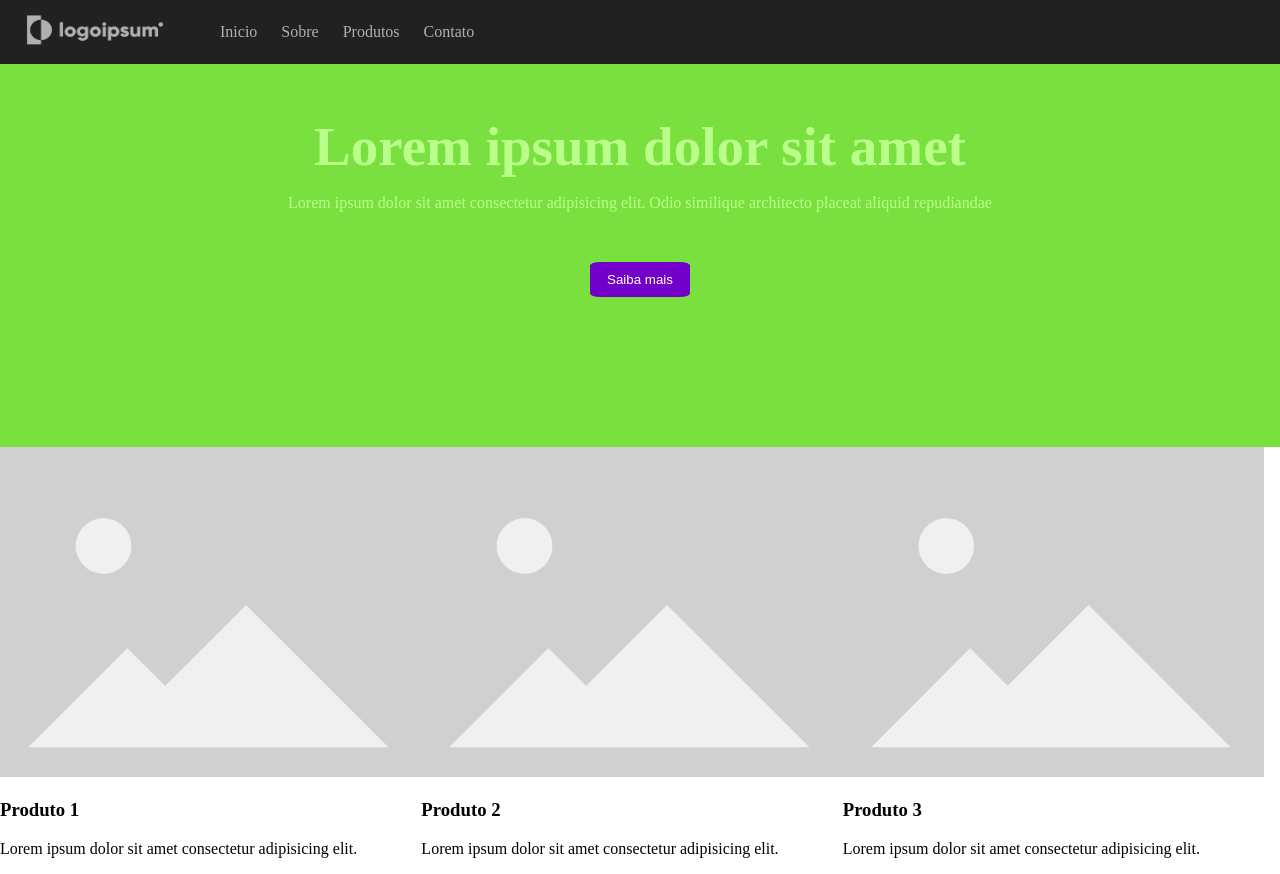
Repository: Carolden/SiteCrie_Ti
Page: index.html
These files come from the project's save history. The page is drawn as it stood at one moment and after the next save; the edit follows.
The browser window is 1280 px wide. The pictures show the whole page.

Above is the page before, as saved 2023-04-23 21:04:03.

### index.html
<!DOCTYPE html>
<html lang="pt-BR">
<head>
    <meta charset="UTF-8">
    <meta http-equiv="X-UA-Compatible" content="IE=edge">
    <meta name="viewport" content="width=device-width, initial-scale=1.0">
    <title>Document</title>
    <link rel="stylesheet" type="text/css" href="index.css" media="screen" />
</head>
<body>

    <header>
        <div>
            <img src="images/logo.png" alt="logo" class="logo">
        </div>
        <nav>
            <a href="inicio">Inicio</a>
            <a href="sobre">Sobre</a>
            <a href="produtos">Produtos</a>
            <a href="contato">Contato</a>
        </nav>
    </header>

    <main>

    <section class="banner">
        <h1>Lorem ipsum dolor sit amet</h1>
        <p>Lorem ipsum dolor sit amet consectetur adipisicing elit. Odio similique architecto placeat aliquid repudiandae</p>
        <button>Saiba mais</button>
    </section>

    <section class="produtos">
        <div class="row">
            <div class="column">
                <img src="images/placeholder.png" alt="imagem1">
                <h3>Produto 1</h3>
                <p>Lorem ipsum dolor sit amet consectetur adipisicing elit.</p>
            </div>

            <div class="column">
                <img src="images/placeholder.png" alt="imagem2">
                <h3>Produto 2</h3>
                <p>Lorem ipsum dolor sit amet consectetur adipisicing elit.</p>
            </div>

            <div class="column">
                <img src="images/placeholder.png" alt="imagem3">
                <h3>Produto 3</h3>
                <p>Lorem ipsum dolor sit amet consectetur adipisicing elit.</p>
            </div>
        </div>
    </section>


    </main>





</body>
</html>

### index.css
body {
    border: 0;
    margin: 0;
    padding: 0;
}


header {
    background-color: #212121;
    display: flex;
    align-items: center;
    width: 100%;
    top: 0;
    padding-left: 20px;
    padding-right: 20px;
    box-sizing: border-box;
}

header nav a {
    color: #B0B0B0;
    text-decoration: none;
    padding: 10px;

}

.logo {
    width: 150px;
    height: 60px;
    padding-right: 40px;
}

.banner {
    background-color: rgb(121, 224, 63);
    color: rgb(185, 255, 137);
    text-align: center;
    padding-top: 5px;
    padding-bottom: 150px;

}

button {
    background-color: rgb(114, 0, 202);
    color: #ffffff;
    text-align: center;
    padding: 10px;
    padding-left: 17px;
    padding-right: 17px;
    border-radius: 10%;
    border-style: hidden    ;
}

.banner h1 {
    font-size: 55px;
    margin-bottom: -30px;
}

.banner p {
    padding-bottom: 50px;
    padding-top: 30px;
    margin-bottom: 0px;
}

.produtos {
    display: flex;

}


.row {
    display: flex;
}


.column {
    width: 33%;
}


.column img {
    width: 100%;
    height: 330px;
    object-fit: cover;
}

After the next save:
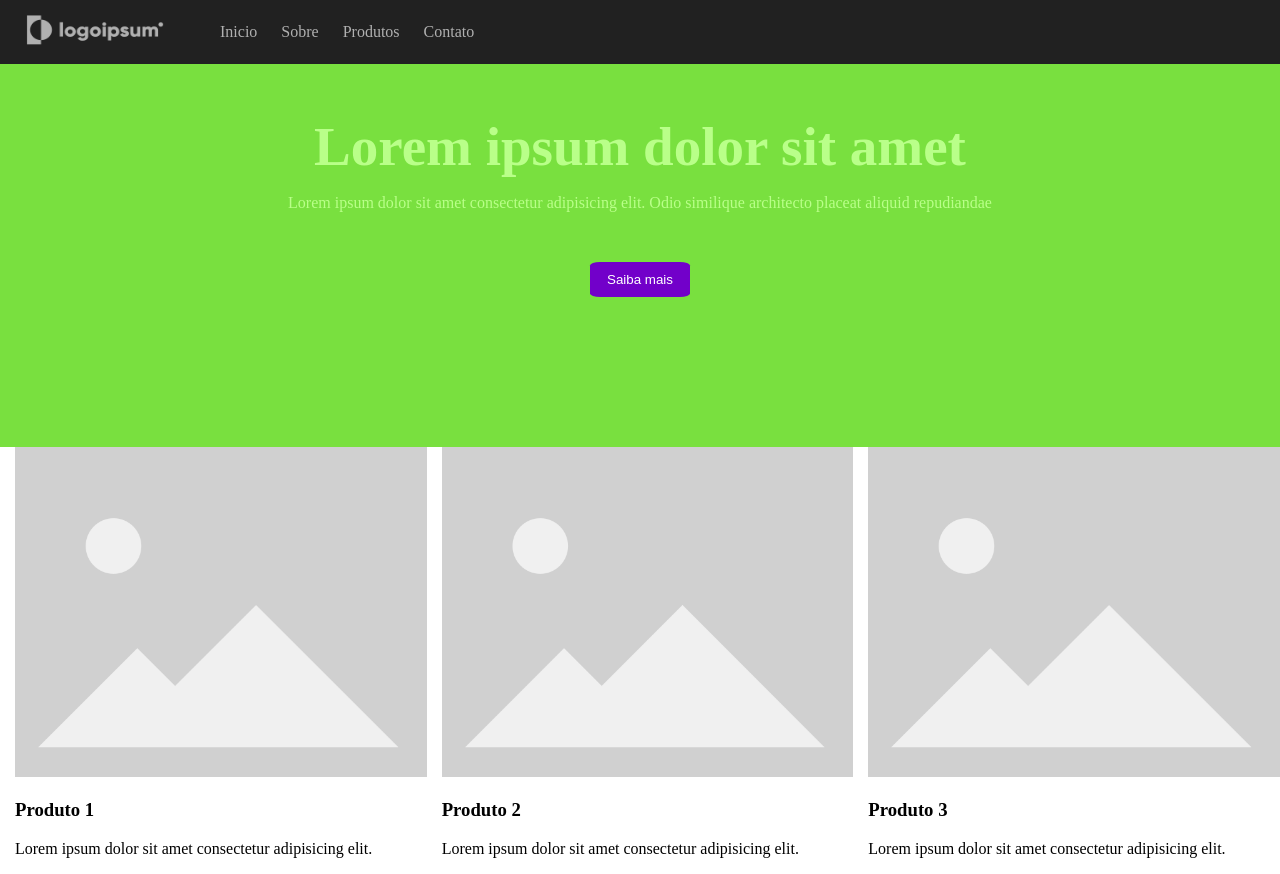
Saved 59 s later.
--- a/index.css
+++ b/index.css
@@ -73,6 +73,7 @@ button {
 
 .column {
     width: 33%;
+    margin-left: 15px;
 }
 
 
